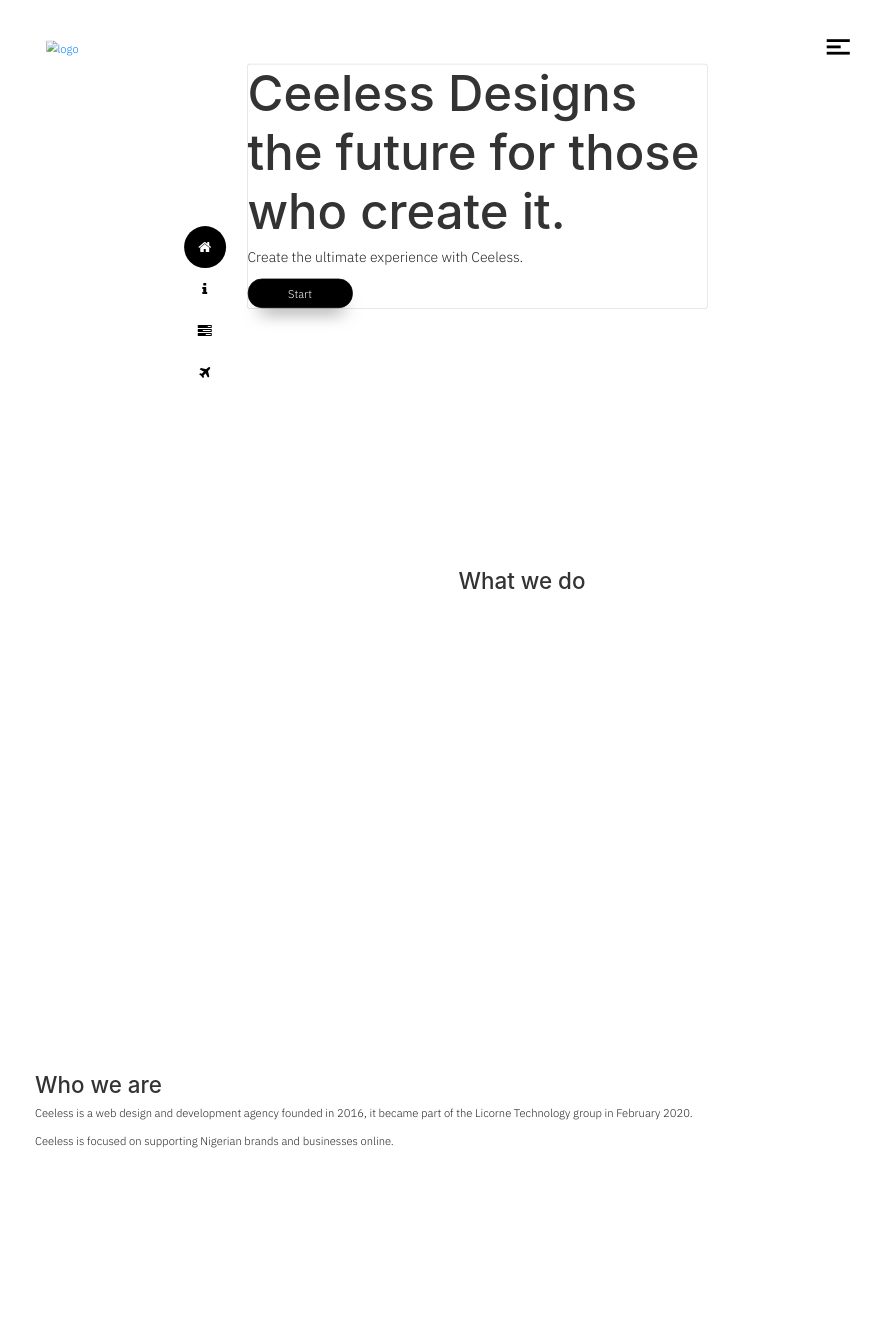
Repository: Licorne-Technologies/Ceeless-v2
Page: index.html
The author's editor kept a copy of each file at every save. The page is drawn from the files as they stood at one save, then again after the next save.
The browser window is 1280 px wide. The pictures show the part of the page from y = 0 to 1920 px (the page is 3037 px tall), at 70% of full size.
Some web libraries are served in a nearby version. The style sheet was rebuilt from its Sass, Less or Tailwind sources for each picture, by a compiler version that may differ from the author's.

Above is the page before, as saved 2020-06-15 12:53:42.

After the next save:
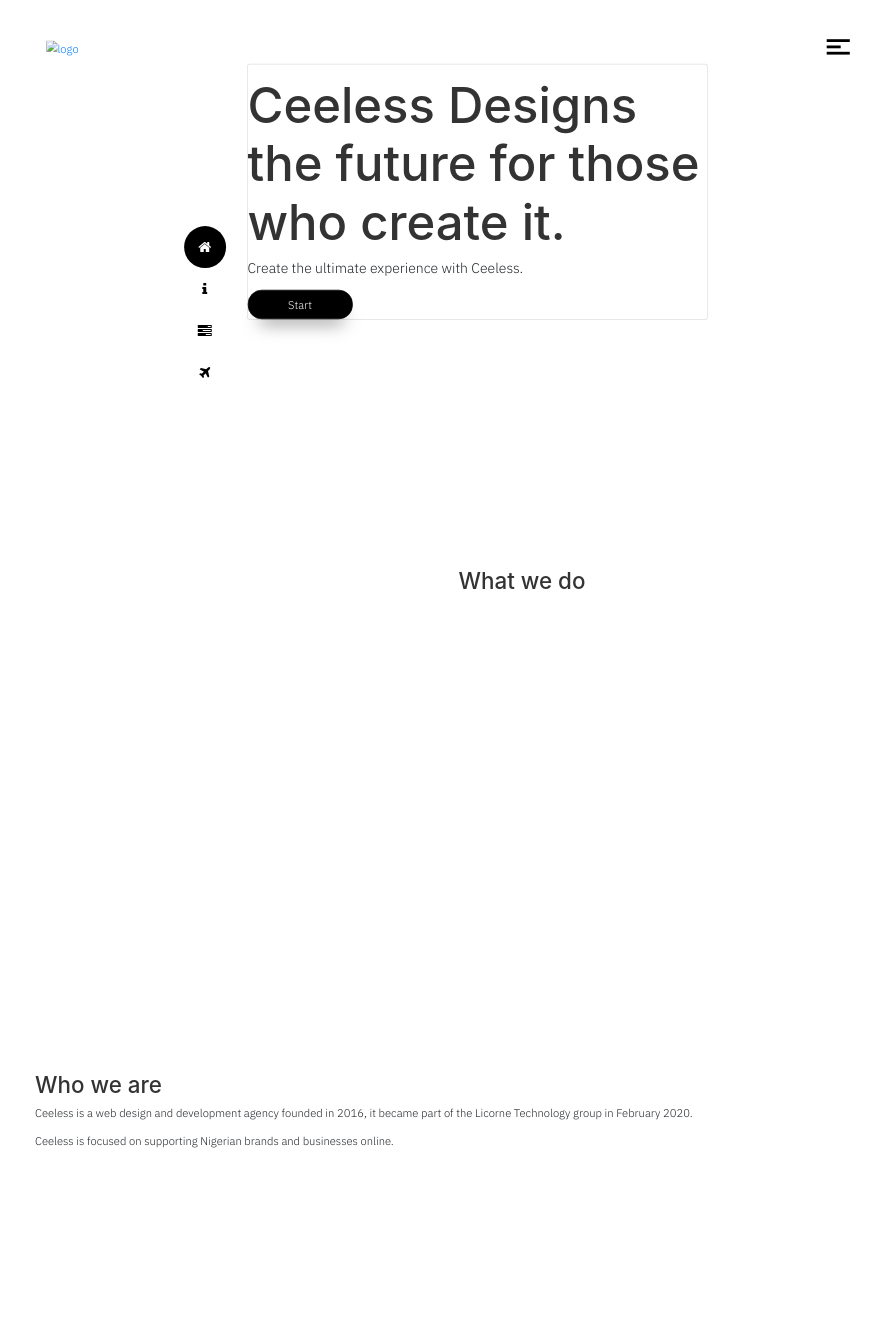
Saved 15 s later.
--- a/index.html
+++ b/index.html
@@ -84,7 +84,7 @@
                 </div>
             </div>
             <div class="col-9">
-                <div class="message card w-75">
+                <div class="message card w-75 pt-3">
                     <!--Message Text-->
                     <h1>Ceeless Designs the future for those who create it.</h1>
                     <p>Create the ultimate experience with Ceeless.</p>
